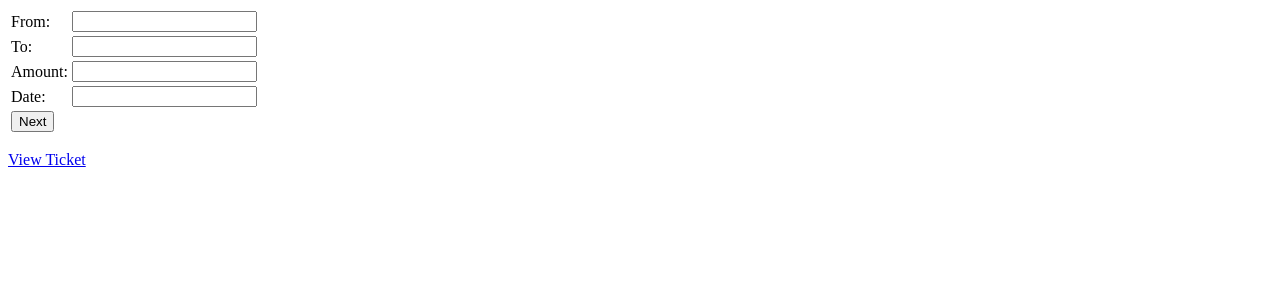
Repository: Yogashree-v-h-27/Ticket_Booking_webApp
Page: Ticket_Booking/WebContent/ticket.html
These files come from the project's save history. The page is drawn as it stood at one moment and after the next save; the edit follows.
The browser window is 1280 px wide. The pictures show the whole page.

Above is the page before, as saved 2021-06-16 12:08:12.

After the next save:
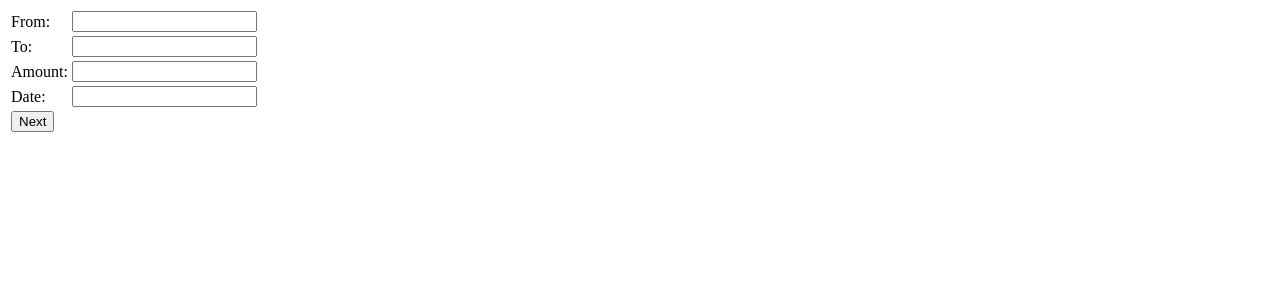
Saved 106 s later.
--- a/Ticket_Booking/WebContent/ticket.html
+++ b/Ticket_Booking/WebContent/ticket.html
@@ -15,6 +15,5 @@
 <tr><td><input type="submit" value="Next"/></td></tr>
 </table>
 </form>
-<p><a href="ViewTicket">View Ticket</a></p>
 </body>
 </html>
